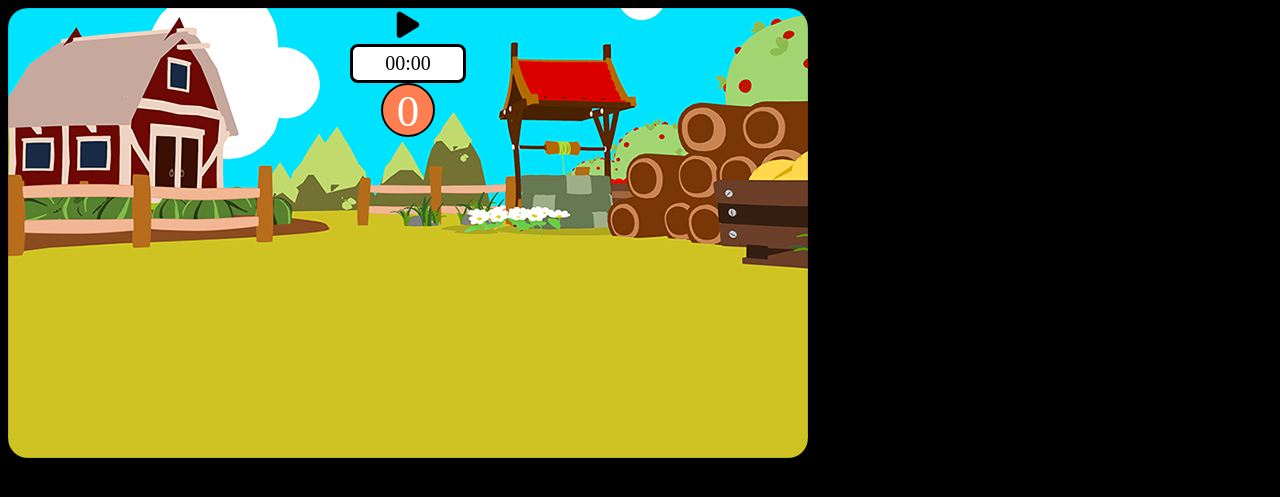
Repository: rladpwl0512/dreamcoding_browser101
Page: (7) catch-carrot-game/catch carrot/index.html
The author's editor kept a copy of each file at every save. The page is drawn from the files as they stood at one save, then again after the next save.
The browser window is 1280 px wide. The pictures show the whole page.
Some web libraries are served in a nearby version.

Above is the page before, as saved 2021-10-06 19:38:54.

After the next save:
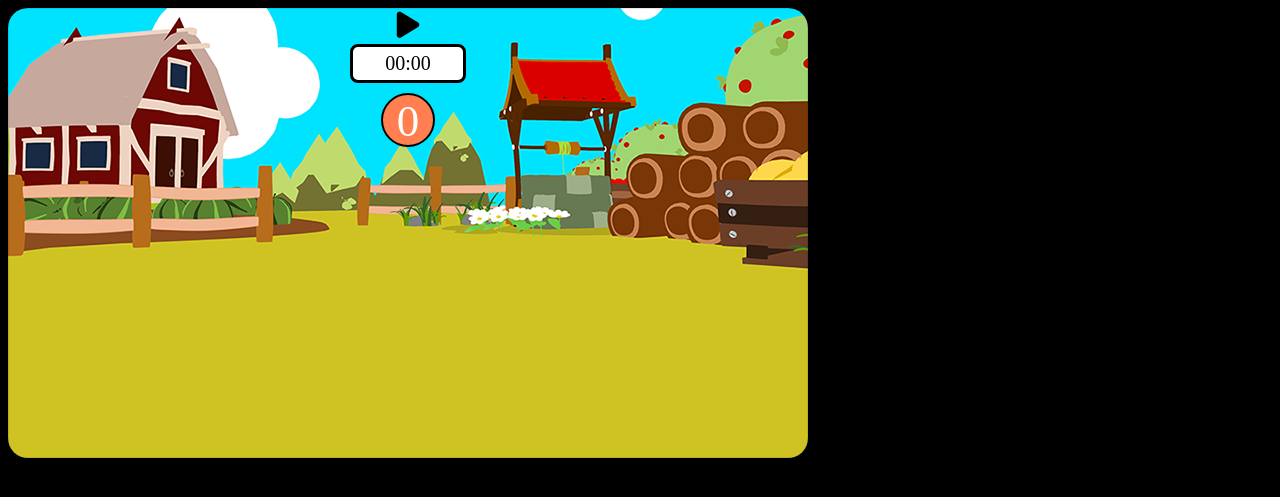
Saved 7 s later.
--- a/(7) catch-carrot-game/catch carrot/style.css
+++ b/(7) catch-carrot-game/catch carrot/style.css
@@ -45,7 +45,7 @@ button {
   background-color: coral;
   border: 2px solid black;
   border-radius: 50%;
-  margin: 0 auto;
+  margin: 10px auto;
 }
 
 .blind {
